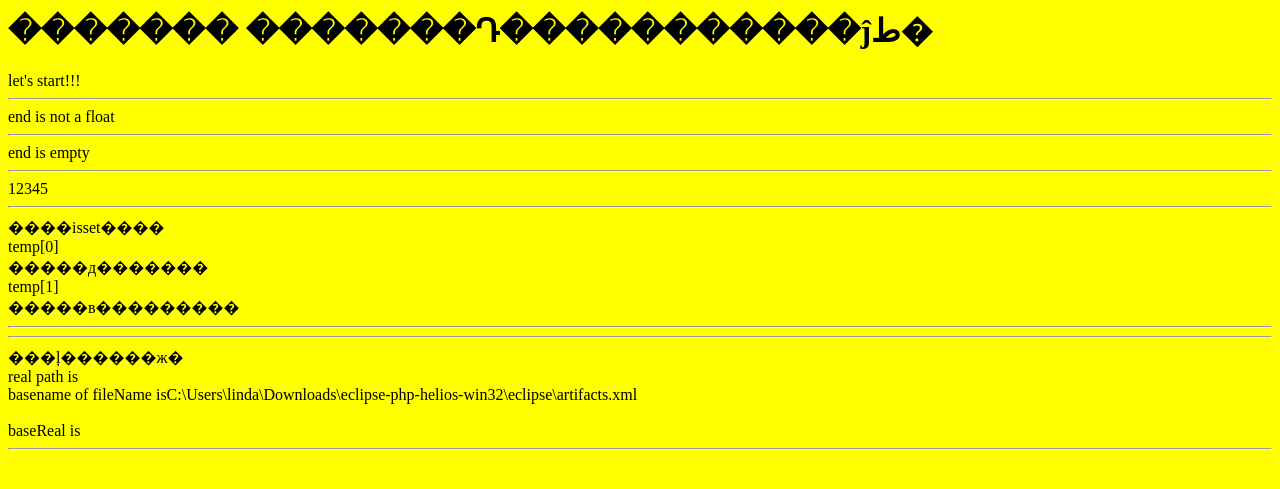
Repository: hanliyao/HelloWorld
Page: http://localhost/core/Common/testUnit.php
An editor plug-in stored every save of this project. The page is shown before and after the next save, followed by the edit.
The browser window is 1280 px wide. The pictures show the whole page.
The page is run by PHP 8.4 with error messages shown; the project is at /var/www/html/.

Above is the page before, as saved 2016-02-05 02:41:03.

### HelloWorld/core/Common/testUnit.php
<!DOCTYPE unspecified PUBLIC "-//W3C//DTD HTML 4.01 Transitional//EN" "http://www.w3.org/TR/html4/loose.dtd">

<html>
    <head>
        <title>덜쯤꿎桿묏야女충</title>
        <style type="text/css">
        body{
            background-color:yellow;
        }
    </style>
    </head>

    <body>
        <h1>侶몸꼬롸 痰윱꿎桿덜쯤櫓唐狂痙돨뒈렘</h1>
        <?php
            echo "let's start!!!<br>";
            echo "<hr>";
            $end = '';
            if(is_float($end))
            {
                echo "end is float<br>";
            }else {
                echo "end is not a float<br>";
            }
            echo "<hr>";

           //꿎桿$end 角뤠槨왕
           if(empty($end))
           {
               echo "end is empty<br>";
           }else {
               echo "end is not empty<br>";
           }
           echo "<hr>";

           //뚤鑒莉돨쏵契꿎桿
           $_info = array();
           $_start = 'hello';
           $_info[$_start] = 12345;
           echo "$_info[$_start]<br>";
           echo "<hr>";
           //繫법뚤鑒莉돨꿎桿，랙君鑒莉돨苟깊옵鹿角俚륜눔，
           //怜狼뒤랗늴못놔宮壇돨苟깊，橙옵鹿혤놔俚륜눔櫓돨코휭

           //꿎桿isset변鑒
           echo "꿎桿isset변鑒<br>";
           $temp = array();
           $temp[0]="hello world";
           echo "temp[0]<br>";
           if(isset($temp[0]))
           {
               echo "鑒莉櫓닸瞳鑒앴<br>";
           }else {
               echo "鑒莉櫓꼇닸瞳鑒앴<br>";
           }
           echo "temp[1]<br>";
           if(isset($temp[1]))
           {
               echo "鑒莉櫓닸瞳鑒앴<br>";
           }else {
               echo "鑒莉櫓꼇닸瞳鑒앴<br>";
           }
           echo "<hr>";

           echo "<hr>";
           echo "뚤匡숭鱗놔털뙤<br>";
           $fileName = "C:\\Users\\linda\\Downloads\\eclipse-php-helios-win32\\eclipse\\artifacts.xml<br>";
           //---------------------------------------------------
           $reapath = realpath($fileName);
           echo "real path is ".$reapath;
           echo "<br>";
           //---------------------------------------------------
           $base = basename($fileName);
           echo "basename of fileName is". $base;
           echo "<br>";
           //---------------------------------------------------
           $baseReal = basename($reapath);
           echo  "baseReal is". $baseReal;
           echo "<br>";
           //---------------------------------------------------
           echo "<hr>";

           ?>
    </body>
</html>

After the next save:
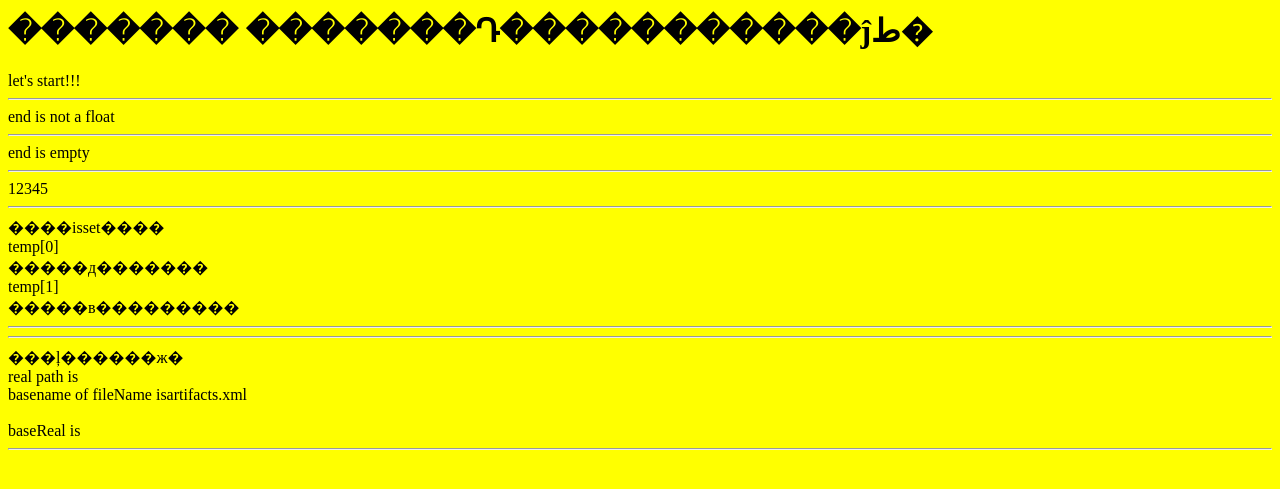
Saved 4 min 35 s later.
--- a/HelloWorld/core/Common/testUnit.php
+++ b/HelloWorld/core/Common/testUnit.php
@@ -64,7 +64,7 @@
 
            echo "<hr>";
            echo "뚤匡숭鱗놔털뙤<br>";
-           $fileName = "C:\\Users\\linda\\Downloads\\eclipse-php-helios-win32\\eclipse\\artifacts.xml<br>";
+           $fileName = "C:/Users/linda/Downloads/eclipse-php-helios-win32/eclipse/artifacts.xml<br>";
            //---------------------------------------------------
            $reapath = realpath($fileName);
            echo "real path is ".$reapath;
